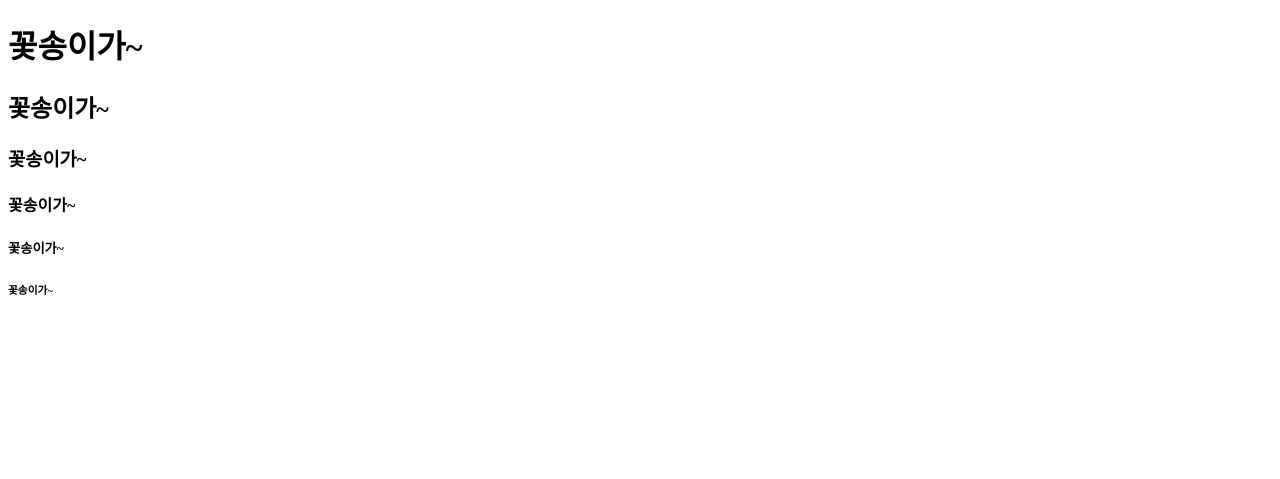
Repository: blinggg/html_git
Page: 0406/ex0406/WebContent/practice.html
The author's editor kept a copy of each file at every save. The page is drawn from the files as they stood at one save, then again after the next save.
The browser window is 1280 px wide. The pictures show the whole page.

Above is the page before, as saved 2020-04-06 04:35:25.

### 0406/ex0406/WebContent/practice.html
<!DOCTYPE html>
<html>
<head>
<meta charset="UTF-8">
<title>혼자 연습하기</title>
</head>
<body>
	<h1>꽃송이가~</h1>
	<h2>꽃송이가~</h2>
	<h3>꽃송이가~</h3>
	<h4>꽃송이가~</h4>
	<h5>꽃송이가~</h5>
	<h6>꽃송이가~</h6>

</body>
</html>

After the next save:
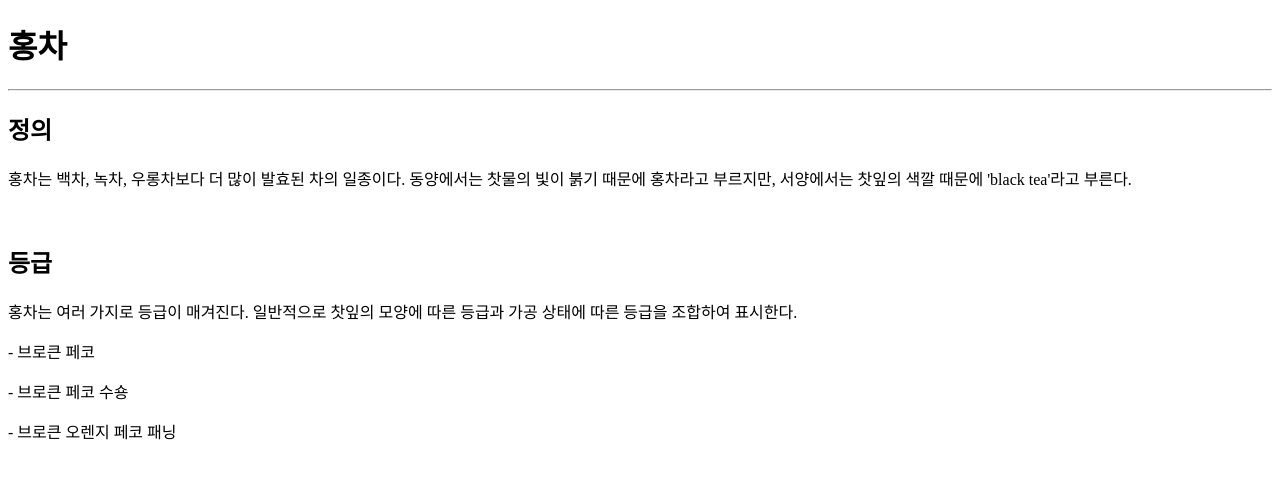
Saved 12 min 12 s later.
--- a/0406/ex0406/WebContent/practice.html
+++ b/0406/ex0406/WebContent/practice.html
@@ -5,12 +5,16 @@
 <title>혼자 연습하기</title>
 </head>
 <body>
-	<h1>꽃송이가~</h1>
-	<h2>꽃송이가~</h2>
-	<h3>꽃송이가~</h3>
-	<h4>꽃송이가~</h4>
-	<h5>꽃송이가~</h5>
-	<h6>꽃송이가~</h6>
-
+	<h1>홍차</h1>
+	<hr/>
+	<h2>정의</h2>
+	<p>
+	홍차는 백차, 녹차, 우롱차보다 더 많이 발효된 차의 일종이다. 동양에서는 찻물의 빛이 붉기 때문에 홍차라고 부르지만, 서양에서는 찻잎의 색깔 때문에 'black tea'라고 부른다.</p>
+	<br/>
+ <h2>등급</h2>
+ <p>홍차는 여러 가지로 등급이 매겨진다. 일반적으로 찻잎의 모양에 따른 등급과 가공 상태에 따른 등급을 조합하여 표시한다.</p>
+ <p>- 브로큰 페코</p>
+ <p>- 브로큰 페코 수숑</p>
+ <p>- 브로큰 오렌지 페코 패닝</p>
 </body>
 </html>
